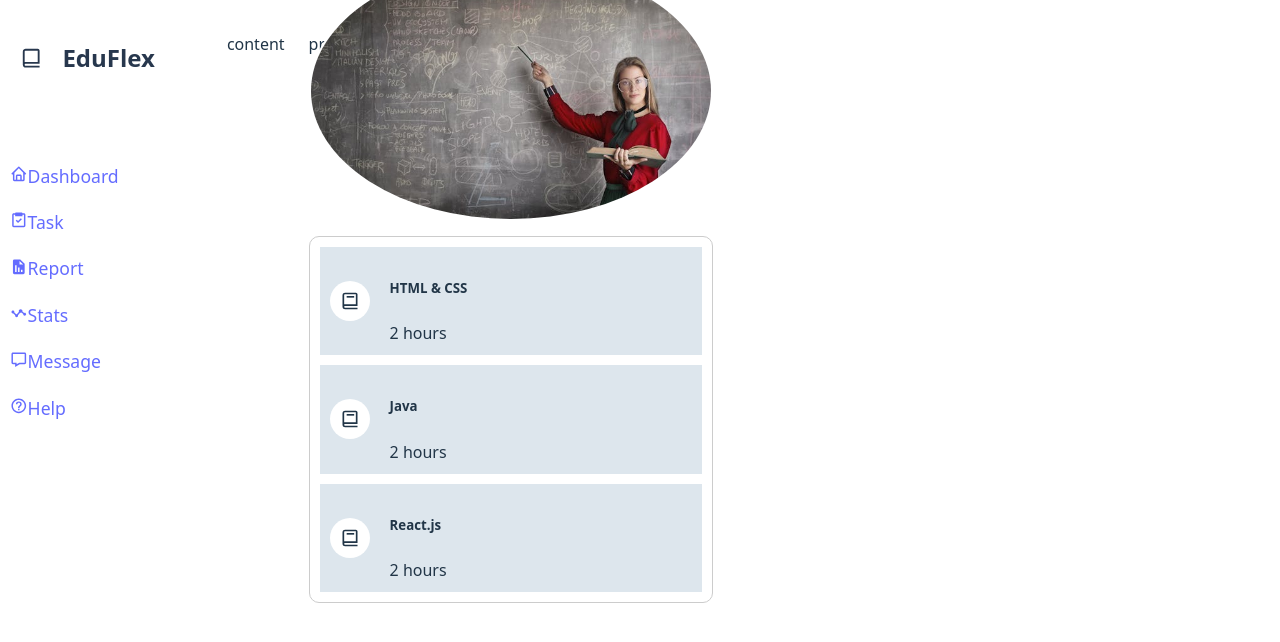
Repository: gogg23/react-dash
Page: /
These files come from the project's save history. The page is drawn as it stood at one moment and after the next save; the edit follows.
The browser window is 1280 px wide. The pictures show the whole page.
The project was rebuilt for these pictures with package versions that can differ from the ones it lists, and the page was loaded fresh each time. Also part of the build but not shown: vite.config.js.

Above is the page before, as saved 2025-04-09 18:16:54.

### index.html
<!DOCTYPE html>
<html lang="en">
  <head>
    <meta charset="UTF-8" />
    <link rel="icon" type="image/svg+xml" href="/vite.svg" />
    <meta name="viewport" content="width=device-width, initial-scale=1.0" />
    <title>React Dashboard</title>
  </head>
  <body>
    <div id="root"></div>
    <script type="module" src="/src/main.jsx"></script>
  </body>
</html>

### src/App.jsx
import React from 'react';
import Sidebar from './components/Sidebar';
import Content from './components/Content';
import Profile from './components/Profile';
import './App.css';

const App = () => {
  return (
    <div className='dashboard'>
      <Sidebar />
      <div className='dashboard--content'>
        <>
          <Content />
          <Profile />
        </>
      </div>
    </div>
  );
};

export default App;

### src/components/Sidebar.jsx
import React from 'react';
import {
  BiHome,
  BiBookAlt,
  BiTask,
  BiMessage,
  BiSolidReport,
  BiStats,
  BiHelpCircle,
  BiTaskX,
} from 'react-icons/bi';
import '../styles/Sidebar.css';
const Sidebar = () => {
  return (
    <div className='menu'>
      <div className='logo'>
        <BiBookAlt className='logo-icon' />
        <h2>EduFlex</h2>
      </div>

      <div className='menu--list'>
        <a href='' className='item'>
          <BiHome />
          Dashboard
        </a>
        <a href='' className='item'>
          <BiTask />
          Task
        </a>
        <a href='' className='item'>
          <BiSolidReport />
          Report
        </a>
        <a href='' className='item'>
          <BiStats />
          Stats
        </a>
        <a href='' className='item'>
          <BiMessage />
          Message
        </a>
        <a href='' className='item'>
          <BiHelpCircle />
          Help
        </a>
      </div>
    </div>
  );
};

export default Sidebar;

### src/components/Content.jsx
import React from 'react';

function content() {
  return <div>content</div>;
}

export default content;

### src/components/Profile.jsx
import React from 'react';
import { BiEdit, BiBook } from 'react-icons/bi';
import ProfileHeader from './ProfileHeader';
import '../styles/Profile.css';
import Image1 from '../assets/images/Image1.jpg';

const courses = [
  {
    title: 'HTML & CSS',
    duration: '2 hours',
    icon: <BiBook />,
  },
  {
    title: 'Java',
    duration: '2 hours',
    icon: <BiBook />,
  },
  {
    title: 'React.js',
    duration: '2 hours',
    icon: <BiBook />,
  },
];

const Profile = () => {
  return (
    <div className='profile'>
      <ProfileHeader />
      <div className='user--detail'>
        <img
          src={Image1}
          alt='Profile'
          style={{
            width: '400px',
            height: '400px',
            borderRadius: '50%',
            border: '2px solid #fff',
            objectFit: 'cover',
          }}
        />
        <h2 className='user--name'>Jane Doe</h2>
        <span className='profession'>Teacher</span>
      </div>

      <div className='user--courses'>
        {' '}
        {/* ✅ FIXED class name */}
        {courses.map((course, index) => (
          <div className='course' key={index}>
            <div className='course-detail'>
              <div className='course-cover'>{course.icon}</div>
              <div className='course-name'>
                <h5 className='title'>{course.title}</h5>
                <span className='duration'>{course.duration}</span>
              </div>
            </div>
            <div className='action'></div>
          </div>
        ))}
      </div>
    </div>
  );
};

export default Profile;

### src/App.css
.dashboard {
  display: flex;
  gap: 20px;
}

.dashboard--content {
  background: #fff;
  flex: 1;
  border-radius: 20px;
  padding: 2rem;
  display: flex;
  gap: 1.5rem;
  justify-content: space-between;
}

### src/styles/sidebar.css
.sidebar {
  background-color: #dde6ed; /* Adjust to match your desired grey */
  width: 250px; /* Ensure proper width */
  height: 100vh; /* Full height */
  padding: 20px;
}

/* Menu container */
.menu {
  display: flex;
  flex-direction: column;
  gap: 2.3rem;
  height: 94vh;
}

/* Logo styles */
.logo {
  text-align: center;
  padding: 20px;
  color: #27374d;
  align-items: center;
  display: flex;
  gap: 20px;
}

.logo-icon {
  font-size: 1.4rem;
}

/* Menu items */
.menu--list {
  display: flex;
  flex-direction: column;
  gap: 20px;
  font-size: 1.1rem;
  text-decoration: none;
  font-weight: 600;
  padding: 10px;
  border-radius: 10px;
  transition: 0.3s ease-in-out;
  color: #27374d;
}

/* Menu item hover effect */
.menu--list .item:hover,
.active {
  background-color: #27374d;
  color: #dde6ed !important;
}

### src/components/ProfileHeader.jsx
import React from 'react';

const profileHeader = () => {
  return <div>profileHeader</div>;
};

export default profileHeader;

### src/styles/profile.css
.profile {
  flex: 1;
}

.profile--header {
  display: flex;
  justify-content: space-between;
  align-items: center;
}

.edit {
  background: #dde6ed;
  padding: 12px;
  border-radius: 10px;
  color: #939393;
  display: flex;
  justify-content: center;
}

.edit .icon {
  font-size: 20px;
  transition: 0.5s ease-in-out;
}

.user--profile {
  height: 85%;
  margin-top: 2rem;
  background: #dde6ed;
  border-radius: 10px;
  display: flex;
  flex-direction: column;
}

.user--detail {
  width: 100%;
  height: 180px;
  display: flex;
  align-items: center;
  flex-direction: column;
  justify-content: center;
}

.user--detail img {
  background: #fff;
  border-radius: 50;
  width: 150px;
  margin-bottom: 10px;
}

.user--profile .username {
  background: fff;
  flex: 1;
  border-radius: 10px;
  padding: 10px;
  display: flex;
  flex-direction: column;
  gap: 10px;
}

.user--courses {
  background: #fff;
  flex: 1;
  border-radius: 10px;
  padding: 10px;
  display: flex;
  flex-direction: column;
  gap: 10px;
  border: 1px solid #ccc;
}

.course {
  background: #dde6ed;
  padding: 10px;
  display: flex;
  align-items: center;
  justify-content: space-between;
}

.course-detail {
  display: flex;
  align-items: center;
  gap: 20px;
}

.course-cover {
  background: #fff;
  width: 40px;
  height: 40px;
  display: flex;
  align-items: center;
  justify-content: center;
  border-radius: 50%;
  font-size: 20px;
}

.course-duration {
  font-size: 12px;
}
.course-action {
  font-weight: 900;
  font-size: 1.2rem;
}
.profession {
  color: 969393;
}

Loaded but not shown: src/main.jsx (common file); src/index.css (common file)

After the next save:
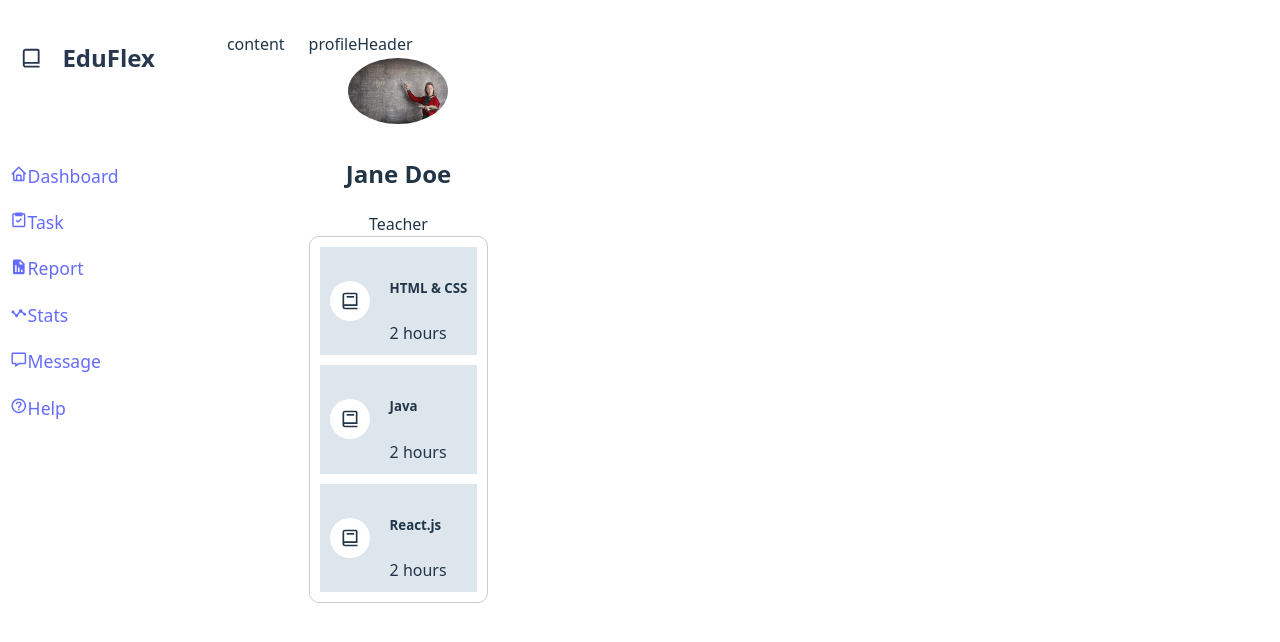
Saved 45 s later.
--- a/src/components/Profile.jsx
+++ b/src/components/Profile.jsx
@@ -31,8 +31,8 @@
           src={Image1}
           alt='Profile'
           style={{
-            width: '400px',
-            height: '400px',
+            width: '100px',
+            height: '100px',
             borderRadius: '50%',
             border: '2px solid #fff',
             objectFit: 'cover',

After the save that followed:
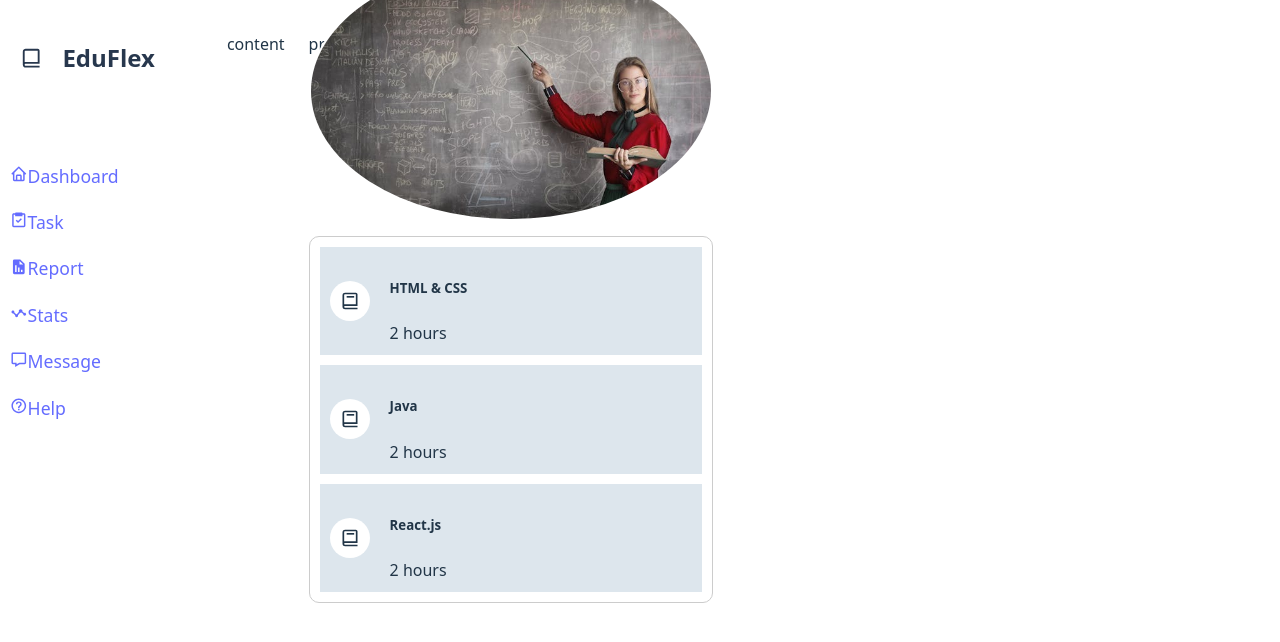
Saved 28 s later.
--- a/src/components/Profile.jsx
+++ b/src/components/Profile.jsx
@@ -31,8 +31,8 @@
           src={Image1}
           alt='Profile'
           style={{
-            width: '100px',
-            height: '100px',
+            width: '400px',
+            height: '400px',
             borderRadius: '50%',
             border: '2px solid #fff',
             objectFit: 'cover',
